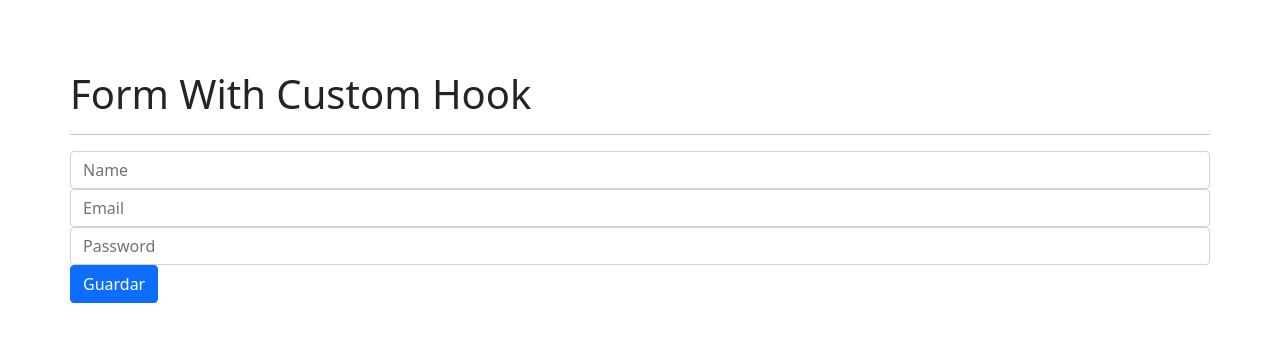
Repository: ppfeliuu/hooks-app
Page: /
The author's editor kept a copy of each file at every save. The page is drawn from the files as they stood at one save, then again after the next save.
The browser window is 1280 px wide. The pictures show the whole page.
The project was rebuilt for these pictures with package versions that can differ from the ones it lists, and the page was loaded fresh each time. Also part of the build but not shown: src/components/01-useState/CounterApp.js, src/hooks/useCounter.js, src/components/01-useState/CounterWithCustomHook.js, src/components/02-useEffect/Message.js, src/components/02-useEffect/SimpleForm.js, src/HookApp.js.

Above is the page before, as saved 2021-05-29 18:15:30.

### public/index.html
<!DOCTYPE html>
<html lang="en">
  <head>
    <meta charset="utf-8" />
    <link rel="icon" href="%PUBLIC_URL%/favicon.ico" />
    <meta name="viewport" content="width=device-width, initial-scale=1" />
    <meta name="theme-color" content="#000000" />
    <meta
      name="description"
      content="Web site created using create-react-app"
    />
    <link rel="apple-touch-icon" href="%PUBLIC_URL%/logo192.png" />
    <!--
      manifest.json provides metadata used when your web app is installed on a
      user's mobile device or desktop. See https://developers.google.com/web/fundamentals/web-app-manifest/
    -->
    <link rel="manifest" href="%PUBLIC_URL%/manifest.json" />
    <!--
      Notice the use of %PUBLIC_URL% in the tags above.
      It will be replaced with the URL of the `public` folder during the build.
      Only files inside the `public` folder can be referenced from the HTML.

      Unlike "/favicon.ico" or "favicon.ico", "%PUBLIC_URL%/favicon.ico" will
      work correctly both with client-side routing and a non-root public URL.
      Learn how to configure a non-root public URL by running `npm run build`.
    -->
    <link
      href="https://cdn.jsdelivr.net/npm/bootstrap@5.0.1/dist/css/bootstrap.min.css"
      rel="stylesheet"
      integrity="sha384-+0n0xVW2eSR5OomGNYDnhzAbDsOXxcvSN1TPprVMTNDbiYZCxYbOOl7+AMvyTG2x"
      crossorigin="anonymous"
    />
    <title>Hooks App</title>
  </head>
  <body>
    <noscript>You need to enable JavaScript to run this app.</noscript>
    <div id="root"></div>
    <!--
      This HTML file is a template.
      If you open it directly in the browser, you will see an empty page.

      You can add webfonts, meta tags, or analytics to this file.
      The build step will place the bundled scripts into the <body> tag.

      To begin the development, run `npm start` or `yarn start`.
      To create a production bundle, use `npm run build` or `yarn build`.
    -->
  </body>
</html>

### src/index.js
import React from "react";
import ReactDOM from "react-dom";
import { CounterApp } from "./components/01-useState/CounterApp";
import { CounterWithCustomHook } from "./components/01-useState/CounterWithCustomHook";
import { FormWithCustomHook } from "./components/02-useEffect/FormWithCustomHook";
import { SimpleForm } from "./components/02-useEffect/SimpleForm";
import { HookApp } from "./HookApp";

ReactDOM.render(<FormWithCustomHook />, document.getElementById("root"));

### src/components/02-useEffect/FormWithCustomHook.js
import React from "react";

import { useForm } from "../../hooks/useForm";
import "./effects.css";

export const FormWithCustomHook = () => {
  const [formValues, handleInputChange] = useForm({
    name: "",
    email: "",
    password: "",
  });

  const { name, email, password } = formValues;

  const handleSubmit = (e) => {
    e.preventDefault();
    console.log(formValues);
  };

  return (
    <form onSubmit={handleSubmit}>
      <h1>Form With Custom Hook</h1>
      <hr />

      <div>
        <input
          type="text"
          name="name"
          className="form-control"
          placeholder="Name"
          autoComplete="off"
          value={name}
          onChange={handleInputChange}
        />
      </div>

      <div>
        <input
          type="text"
          name="email"
          className="form-control"
          placeholder="Email"
          autoComplete="off"
          value={email}
          onChange={handleInputChange}
        />
      </div>

      <div>
        <input
          type="password"
          name="password"
          className="form-control"
          placeholder="Password"
          value={password}
          onChange={handleInputChange}
        />
      </div>

      <button type="submit" className="btn btn-primary">
        Guardar
      </button>
    </form>
  );
};

### src/hooks/useForm.js
import { useState } from "react";

export const useForm = (initialState = {}) => {
  const [values, setvalues] = useState(initialState);

  const handleInputChange = (e) => {
    e.preventDefault();
    setvalues({
      ...values,
      [e.target.name]: e.target.value,
    });
  };

  return [values, handleInputChange];
};

### src/components/examples/MultipleCustomHooks.js
import React from "react";

export const MultipleCustomHooks = () => {
  return (
    <div>
      <h1>Customs Hooks</h1>
    </div>
  );
};

Loaded but not shown: src/components/01-useState/counter.css (common file); src/components/02-useEffect/effects.css (common file)

After the next save:
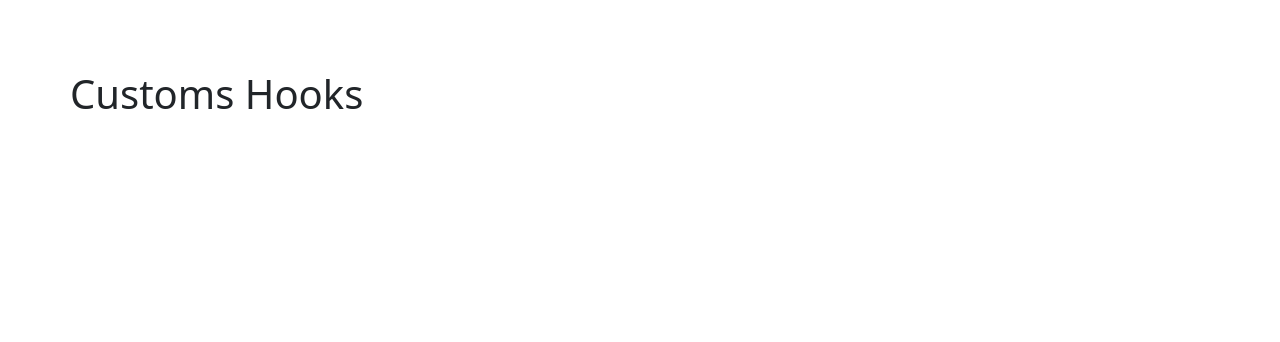
Saved 10 s later.
--- a/src/index.js
+++ b/src/index.js
@@ -4,6 +4,7 @@ import { CounterApp } from "./components/01-useState/CounterApp";
 import { CounterWithCustomHook } from "./components/01-useState/CounterWithCustomHook";
 import { FormWithCustomHook } from "./components/02-useEffect/FormWithCustomHook";
 import { SimpleForm } from "./components/02-useEffect/SimpleForm";
+import { MultipleCustomHooks } from "./components/examples/MultipleCustomHooks";
 import { HookApp } from "./HookApp";
 
-ReactDOM.render(<FormWithCustomHook />, document.getElementById("root"));
+ReactDOM.render(<MultipleCustomHooks />, document.getElementById("root"));
